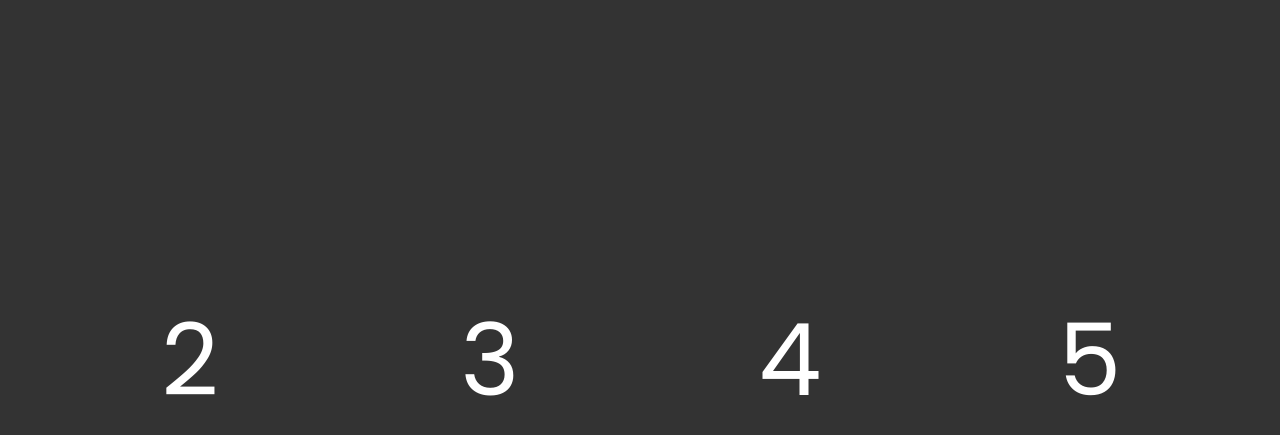
Repository: LeTanTru/All-Code
Page: Countown/index.html
An editor plug-in stored every save of this project. The page is shown before and after the next save, followed by the edit.
The browser window is 1280 px wide. The pictures show the whole page.

Above is the page before, as saved 2022-12-29 12:56:07.

After the next save:
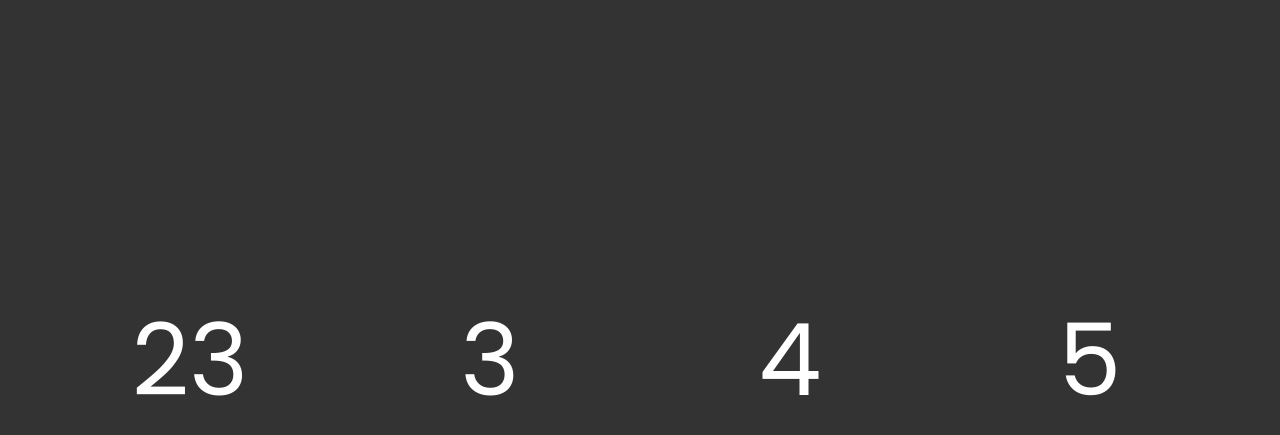
Saved 10 s later.
--- a/Countown/countdown.js
+++ b/Countown/countdown.js
@@ -17,6 +17,6 @@ setInterval(() => {
   const seconds = Math.floor(
     ((difference / (1000 * 3600) - days * 24 - hours) * 60 - minutes) * 60
   );
-  days.innerText = days
+  daysEle.innerText = days
   // console.log({ days, hours, minutes, seconds });
 }, 1000);
